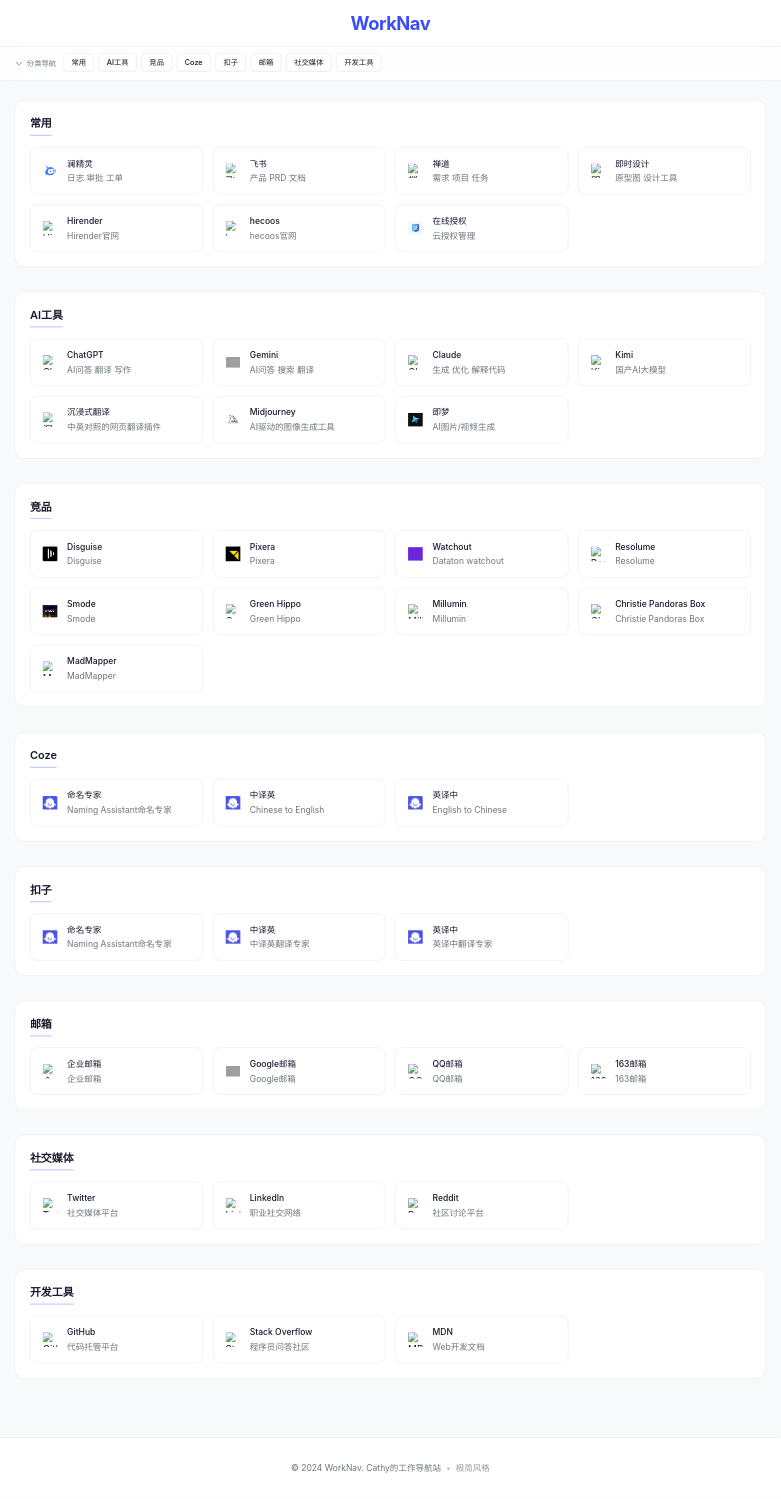
Repository: SweetPomelo0/WorkNav
Page: /
These files come from the project's save history. The page is drawn as it stood at one moment and after the next save; the edit follows.
The browser window is 1280 px wide. The pictures show the whole page, at 61% of full size.
Pictures or frames that could not be fetched are drawn as grey boxes. The project was rebuilt for these pictures with package versions that can differ from the ones it lists, and the page was loaded fresh each time. The framework's server and built-in components were replaced by stand-ins that run in the browser. Also part of the build but not shown: next.config.ts.

Above is the page before, as saved 2025-07-26 21:34:38.

After the next save:
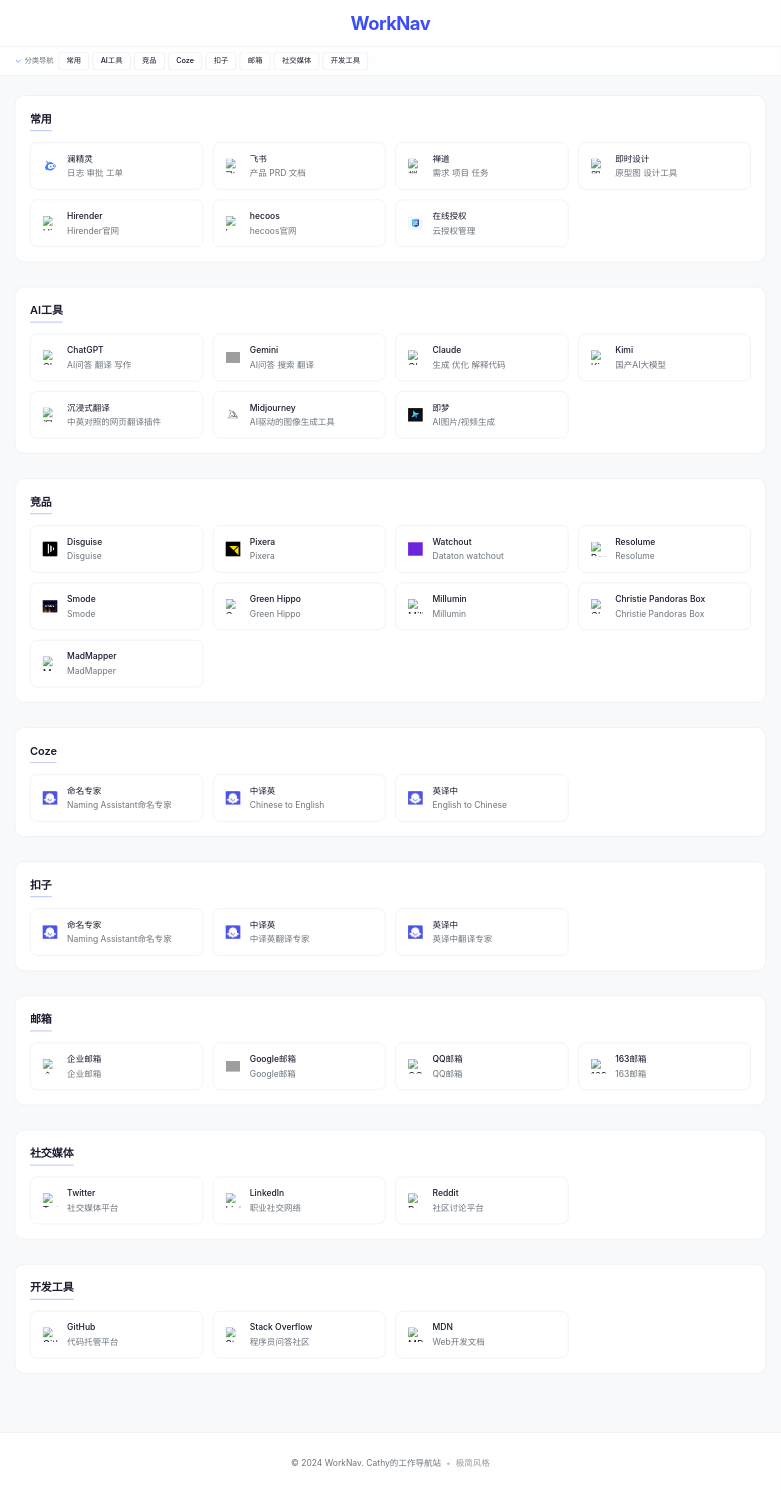
Saved 87 s later.
--- a/src/app/page.tsx
+++ b/src/app/page.tsx
@@ -98,17 +98,17 @@
 
       {/* Category Navigation */}
       <div className="sticky top-0 z-10" style={{ background: 'rgba(var(--header-bg-rgb), 0.85)', borderBottom: '1px solid var(--card-border)', backdropFilter: 'blur(12px)' }}>
-        <div className="max-w-7xl mx-auto px-6 py-2.5 overflow-x-auto">
+        <div className="max-w-7xl mx-auto px-6 py-2 overflow-x-auto">
           <div className="flex items-center">
-            <div className="flex-shrink-0 mr-3">
+            <div className="flex-shrink-0 mr-2">
               <div className="flex items-center">
-                <svg xmlns="http://www.w3.org/2000/svg" className="h-3.5 w-3.5 mr-1.5" fill="none" viewBox="0 0 24 24" stroke="currentColor" style={{ color: 'var(--accent)' }}>
+                <svg xmlns="http://www.w3.org/2000/svg" className="h-3 w-3 mr-1" fill="none" viewBox="0 0 24 24" stroke="currentColor" style={{ color: 'var(--accent)' }}>
                   <path strokeLinecap="round" strokeLinejoin="round" strokeWidth={2} d="M19 9l-7 7-7-7" />
                 </svg>
                 <span className="text-xs font-medium" style={{ color: 'var(--text-secondary)' }}>分类导航</span>
               </div>
             </div>
-            <div className="flex space-x-2 overflow-x-auto pb-1 scrollbar-thin flex-grow">
+            <div className="flex space-x-1.5 overflow-x-auto scrollbar-thin flex-grow">
               {categories.map((category, index) => (
                 <a
                   key={index}
